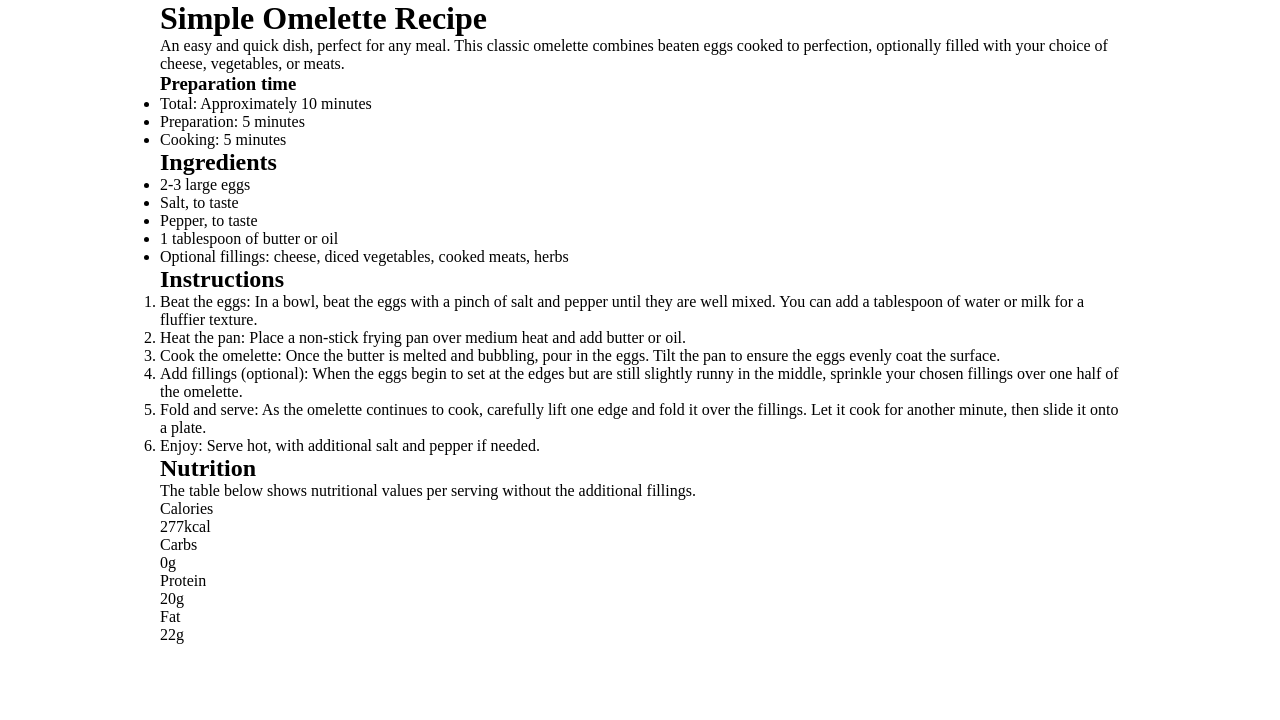
Repository: reemoon-ctrl/mine-recipe-page-main
Page: index1.html
An editor plug-in stored every save of this project. The page is shown before and after the next save, followed by the edit.
The browser window is 1280 px wide. The pictures show the whole page.

Above is the page before, as saved 2024-08-11 13:47:35.

After the next save:
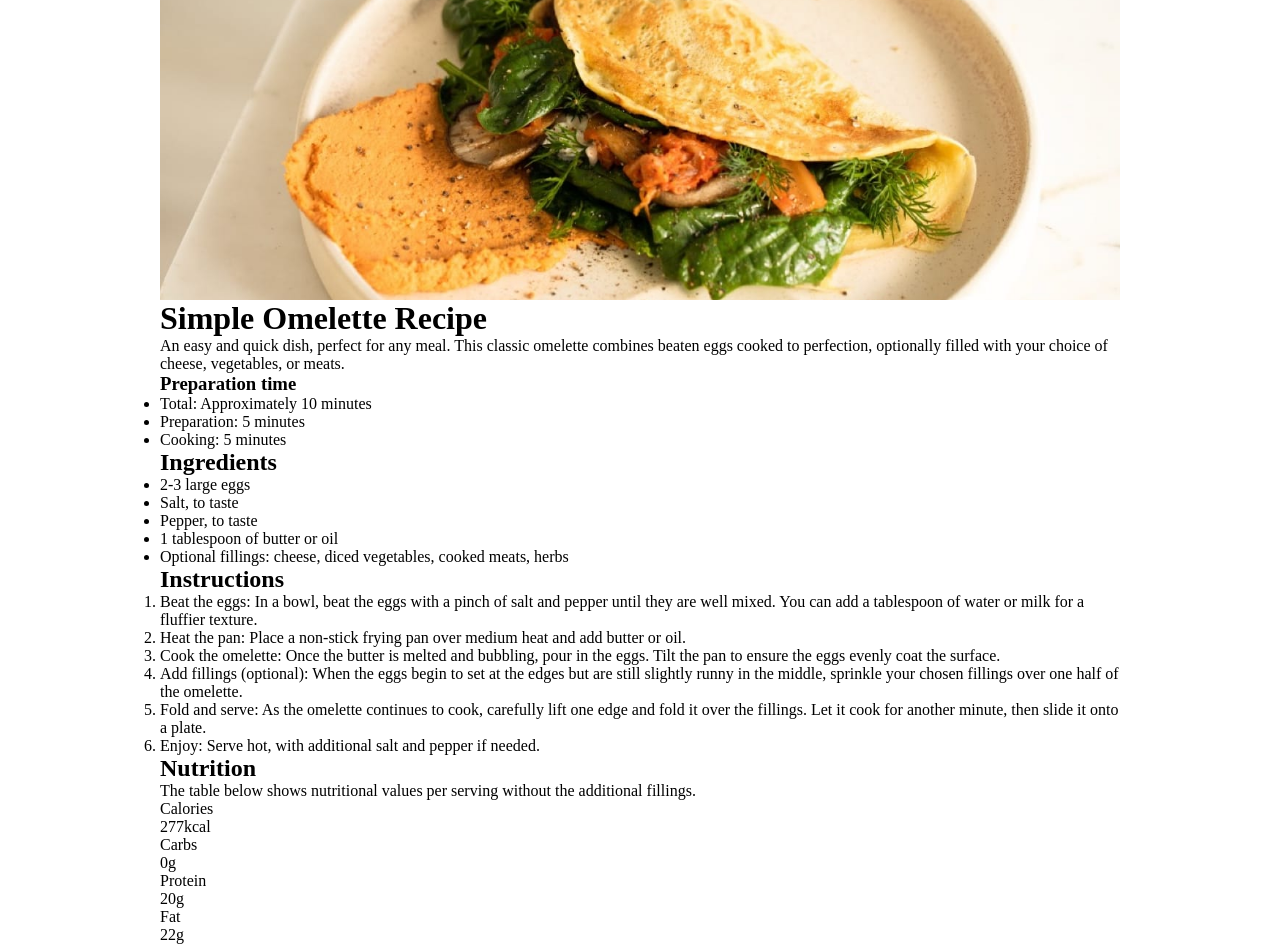
Saved 4 s later.
--- a/style.css
+++ b/style.css
@@ -9,7 +9,7 @@ body{
 }
 .rec-img{
     width: 960px;
-    height: ;
+    height: 300px;
     background: url(/image-omelette.jpeg)no-repeat center center/cover;
 }
 .container{
